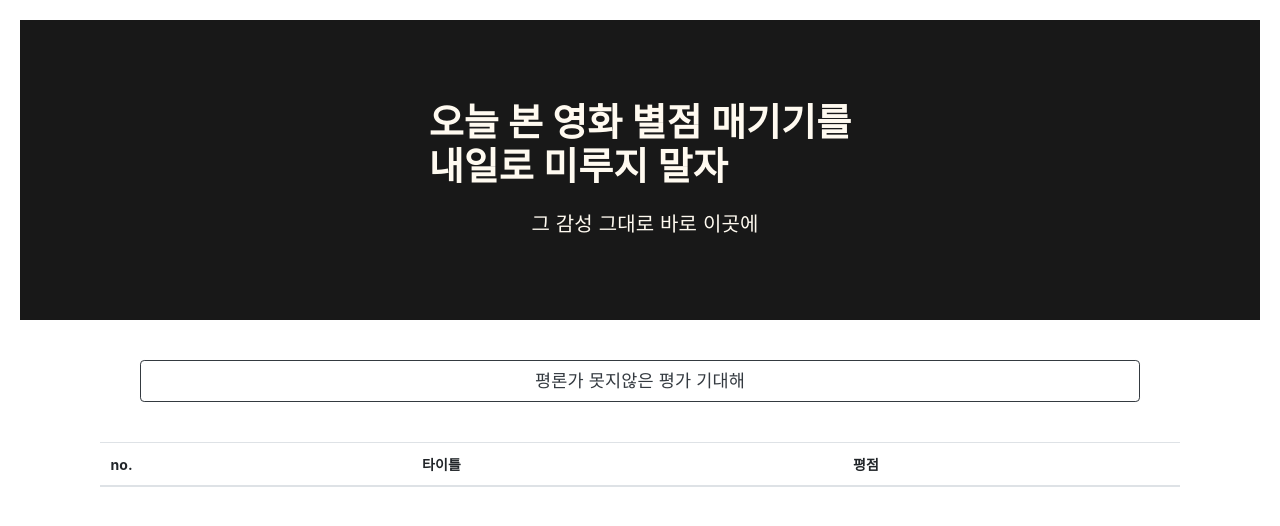
Repository: JungSWon/Project
Page: templates/base.html
The author's editor kept a record of every edit. The page is drawn from the files as they stood at one moment, then again after the next edit.
The browser window is 1280 px wide. The pictures show the whole page.
Some web libraries are served in a nearby version. The template is drawn by Flask 3. The application's start-up code is not run. The template is opened directly, without the code that normally fills it, so the values that code supplies are empty.

Above is the page before.

After the next edit:
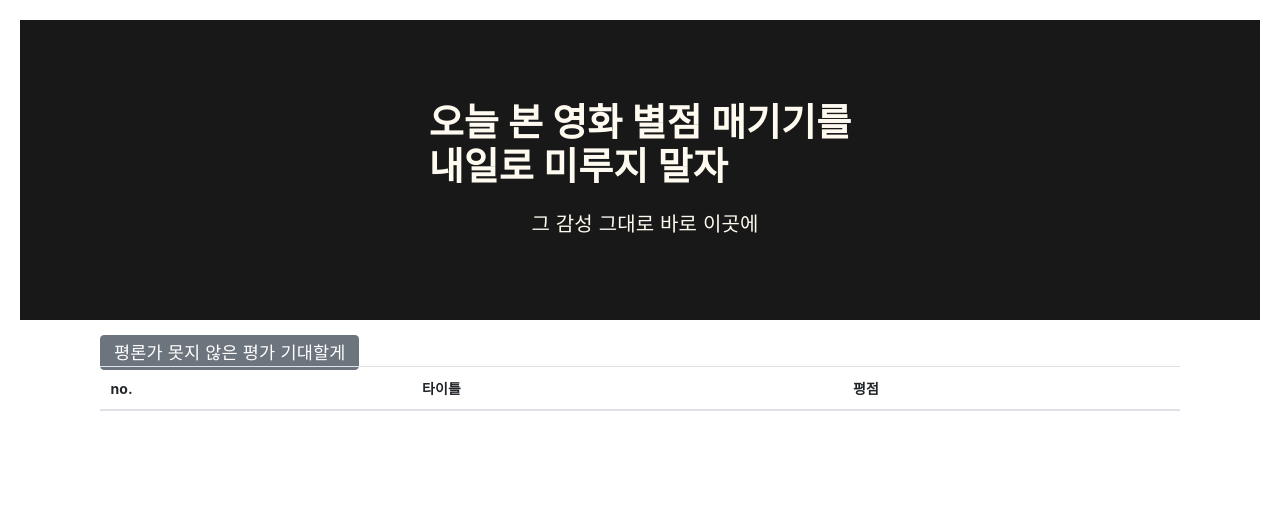
The edit:
--- a/04_CRUD/templates/base.html
+++ b/04_CRUD/templates/base.html
@@ -33,7 +33,7 @@
 
     <div class="container">
         <div class="col">
-            <a href='/movies/new' class="btn btn-outline-dark btn-lg" role="button" aria-pressed="true"> 평론가 못지않은 평가 기대해 </a>
+            <a href='/movies/new' class="btn_base btn-secondary btn-lg" role="button" aria-pressed="true"> 평론가 못지 않은 평가 기대할게 </a>
         </div>
     </div>
 
